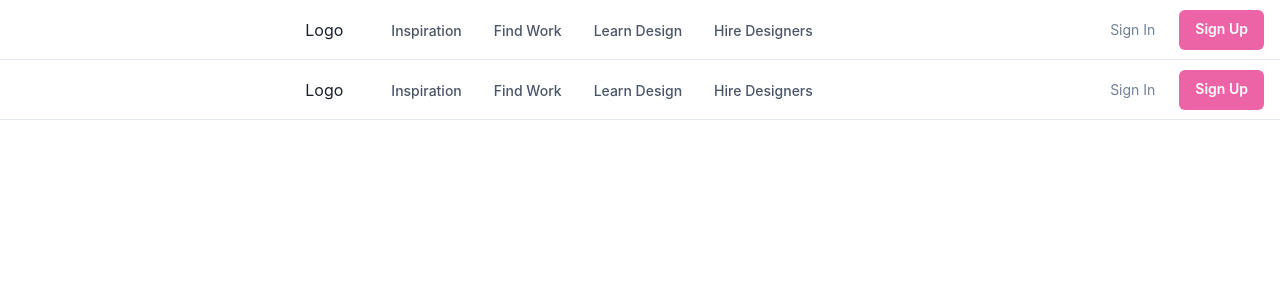
Repository: phob0/stake-app
Page: /layout
These files come from the project's save history. The page is drawn as it stood at one moment and after the next save; the edit follows.
The browser window is 1280 px wide. The pictures show the whole page.
The project was rebuilt for these pictures with package versions that can differ from the ones it lists, and the page was loaded fresh each time. The framework's server and built-in components were replaced by stand-ins that run in the browser. Also part of the build but not shown: next.config.js.

Above is the page before, as saved 2023-08-31 03:20:39.

### pages/_app.tsx
import type { AppProps } from 'next/app'
import Layout from './layout'
import { ChakraProvider } from '@chakra-ui/react'

export default function ({ Component, pageProps }: AppProps) {
    return (
        <ChakraProvider>
            <Layout>
                <Component {...pageProps} />
            </Layout>
        </ChakraProvider>
    )
}

### pages/layout.tsx

import Navbar from './../components/Navbar/Navbar'

export default function Layout({ children }: {
    children: React.ReactNode;
}) {
    return (
        <div className="content">
            <Navbar />
            {children}
        </div>
    );
}

### components/Navbar/Navbar.tsx
'use client'

import {
  Box,
  Flex,
  Text,
  IconButton,
  Button,
  Stack,
  Collapse,
  Icon,
  Popover,
  PopoverTrigger,
  PopoverContent,
  useColorModeValue,
  useBreakpointValue,
  useDisclosure,
} from '@chakra-ui/react'
import {
  HamburgerIcon,
  CloseIcon,
  ChevronDownIcon,
  ChevronRightIcon,
} from '@chakra-ui/icons'

export default function Navbar() {
  const { isOpen, onToggle } = useDisclosure()

  return (
    <Box>
      <Flex
        bg={useColorModeValue('white', 'gray.800')}
        color={useColorModeValue('gray.600', 'white')}
        minH={'60px'}
        py={{ base: 2 }}
        px={{ base: 4 }}
        borderBottom={1}
        borderStyle={'solid'}
        borderColor={useColorModeValue('gray.200', 'gray.900')}
        align={'center'}>
        <Flex
          flex={{ base: 1, md: 'auto' }}
          ml={{ base: -2 }}
          display={{ base: 'flex', md: 'none' }}>
          <IconButton
            onClick={onToggle}
            icon={isOpen ? <CloseIcon w={3} h={3} /> : <HamburgerIcon w={5} h={5} />}
            variant={'ghost'}
            aria-label={'Toggle Navigation'}
          />
        </Flex>
        <Flex flex={{ base: 1 }} justify={{ base: 'center', md: 'center' }}>
          <Text
            textAlign={useBreakpointValue({ base: 'center', md: 'left' })}
            fontFamily={'heading'}
            color={useColorModeValue('gray.800', 'white')}>
            Logo
          </Text>

          <Flex display={{ base: 'none', md: 'flex' }} ml={10}>
            <DesktopNav />
          </Flex>
        </Flex>

        <Stack
          flex={{ base: 1, md: 0 }}
          justify={'flex-center'}
          direction={'row'}
          spacing={6}>
          <Button as={'a'} fontSize={'sm'} fontWeight={400} variant={'link'} href={'#'}>
            Sign In
          </Button>
          <Button
            as={'a'}
            display={{ base: 'none', md: 'inline-flex' }}
            fontSize={'sm'}
            fontWeight={600}
            color={'white'}
            bg={'pink.400'}
            href={'#'}
            _hover={{
              bg: 'pink.300',
            }}>
            Sign Up
          </Button>
        </Stack>
      </Flex>

      <Collapse in={isOpen} animateOpacity>
        <MobileNav />
      </Collapse>
    </Box>
  )
}

const DesktopNav = () => {
  const linkColor = useColorModeValue('gray.600', 'gray.200')
  const linkHoverColor = useColorModeValue('gray.800', 'white')
  const popoverContentBgColor = useColorModeValue('white', 'gray.800')

  return (
    <Stack direction={'row'} spacing={4}>
      {NAV_ITEMS.map((navItem) => (
        <Box key={navItem.label}>
          <Popover trigger={'hover'} placement={'bottom-start'}>
            <PopoverTrigger>
              <Box
                as="a"
                p={2}
                href={navItem.href ?? '#'}
                fontSize={'sm'}
                fontWeight={500}
                color={linkColor}
                _hover={{
                  textDecoration: 'none',
                  color: linkHoverColor,
                }}>
                {navItem.label}
              </Box>
            </PopoverTrigger>

            {navItem.children && (
              <PopoverContent
                border={0}
                boxShadow={'xl'}
                bg={popoverContentBgColor}
                p={4}
                rounded={'xl'}
                minW={'sm'}>
                <Stack>
                  {navItem.children.map((child) => (
                    <DesktopSubNav key={child.label} {...child} />
                  ))}
                </Stack>
              </PopoverContent>
            )}
          </Popover>
        </Box>
      ))}
    </Stack>
  )
}

const DesktopSubNav = ({ label, href, subLabel }: NavItem) => {
  return (
    <Box
      as="a"
      href={href}
      role={'group'}
      display={'block'}
      p={2}
      rounded={'md'}
      _hover={{ bg: useColorModeValue('pink.50', 'gray.900') }}>
      <Stack direction={'row'} align={'center'}>
        <Box>
          <Text
            transition={'all .3s ease'}
            _groupHover={{ color: 'pink.400' }}
            fontWeight={500}>
            {label}
          </Text>
          <Text fontSize={'sm'}>{subLabel}</Text>
        </Box>
        <Flex
          transition={'all .3s ease'}
          transform={'translateX(-10px)'}
          opacity={0}
          _groupHover={{ opacity: '100%', transform: 'translateX(0)' }}
          justify={'flex-end'}
          align={'center'}
          flex={1}>
          <Icon color={'pink.400'} w={5} h={5} as={ChevronRightIcon} />
        </Flex>
      </Stack>
    </Box>
  )
}

const MobileNav = () => {
  return (
    <Stack bg={useColorModeValue('white', 'gray.800')} p={4} display={{ md: 'none' }}>
      {NAV_ITEMS.map((navItem) => (
        <MobileNavItem key={navItem.label} {...navItem} />
      ))}
    </Stack>
  )
}

const MobileNavItem = ({ label, children, href }: NavItem) => {
  const { isOpen, onToggle } = useDisclosure()

  return (
    <Stack spacing={4} onClick={children && onToggle}>
      <Box
        py={2}
        as="a"
        href={href ?? '#'}
        justifyContent="space-between"
        alignItems="center"
        _hover={{
          textDecoration: 'none',
        }}>
        <Text fontWeight={600} color={useColorModeValue('gray.600', 'gray.200')}>
          {label}
        </Text>
        {children && (
          <Icon
            as={ChevronDownIcon}
            transition={'all .25s ease-in-out'}
            transform={isOpen ? 'rotate(180deg)' : ''}
            w={6}
            h={6}
          />
        )}
      </Box>

      <Collapse in={isOpen} animateOpacity style={{ marginTop: '0!important' }}>
        <Stack
          mt={2}
          pl={4}
          borderLeft={1}
          borderStyle={'solid'}
          borderColor={useColorModeValue('gray.200', 'gray.700')}
          align={'start'}>
          {children &&
            children.map((child) => (
              <Box as="a" key={child.label} py={2} href={child.href}>
                {child.label}
              </Box>
            ))}
        </Stack>
      </Collapse>
    </Stack>
  )
}

interface NavItem {
  label: string
  subLabel?: string
  children?: Array<NavItem>
  href?: string
}

const NAV_ITEMS: Array<NavItem> = [
  {
    label: 'Inspiration',
    children: [
      {
        label: 'Explore Design Work',
        subLabel: 'Trending Design to inspire you',
        href: '#',
      },
      {
        label: 'New & Noteworthy',
        subLabel: 'Up-and-coming Designers',
        href: '#',
      },
    ],
  },
  {
    label: 'Find Work',
    children: [
      {
        label: 'Job Board',
        subLabel: 'Find your dream design job',
        href: '#',
      },
      {
        label: 'Freelance Projects',
        subLabel: 'An exclusive list for contract work',
        href: '#',
      },
    ],
  },
  {
    label: 'Learn Design',
    href: '#',
  },
  {
    label: 'Hire Designers',
    href: '#',
  },
]

After the next save:
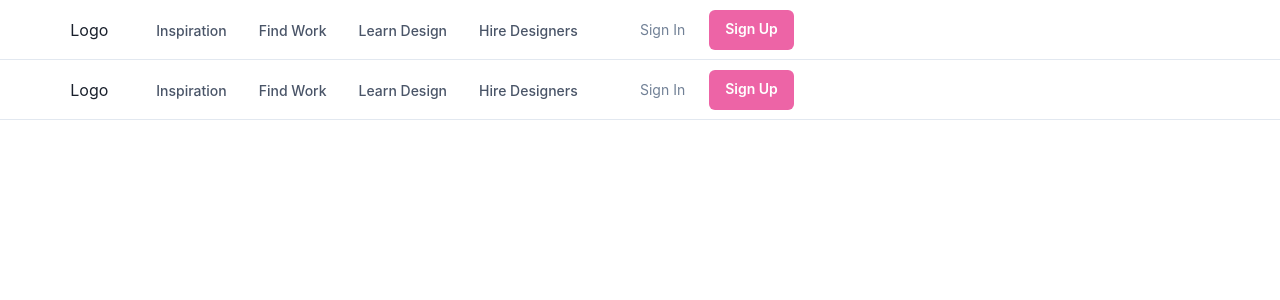
Saved 7 s later.
--- a/components/Navbar/Navbar.tsx
+++ b/components/Navbar/Navbar.tsx
@@ -63,7 +63,7 @@ export default function Navbar() {
         </Flex>
 
         <Stack
-          flex={{ base: 1, md: 0 }}
+          flex={{ base: 1, md: 1 }}
           justify={'flex-center'}
           direction={'row'}
           spacing={6}>
